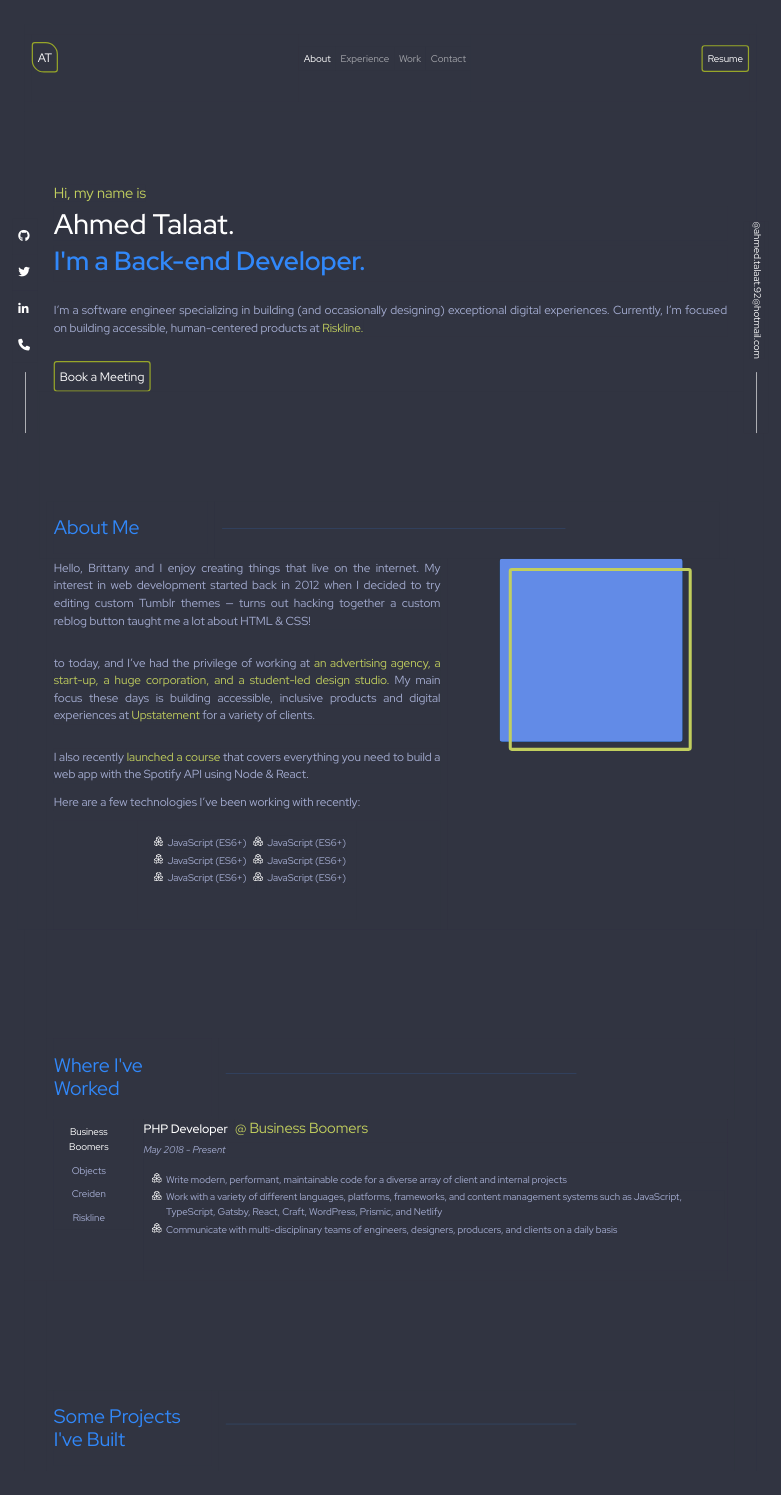
Repository: aya7abbal/Talaat-s-Portfolio
Page: index.html
The author's editor kept a copy of each file at every save. The page is drawn from the files as they stood at one save, then again after the next save.
The browser window is 1280 px wide. The pictures show the whole page, at 61% of full size.
Pictures or frames that could not be fetched are drawn as grey boxes. Some web libraries are served in a nearby version. The style sheet was rebuilt from its Sass, Less or Tailwind sources for each picture, by a compiler version that may differ from the author's.

Above is the page before, as saved 2022-02-07 14:29:32.

### index.html
<!DOCTYPE html>
<html lang="en">
  <head>
    <!-- Required meta tags -->
    <meta charset="utf-8" />
    <meta name="viewport" content="width=device-width, initial-scale=1" />

    <!-- Bootstrap CSS -->
    <link
      href="https://cdn.jsdelivr.net/npm/bootstrap@5.0.2/dist/css/bootstrap.min.css"
      rel="stylesheet"
      integrity="sha384-EVSTQN3/azprG1Anm3QDgpJLIm9Nao0Yz1ztcQTwFspd3yD65VohhpuuCOmLASjC"
      crossorigin="anonymous"
    />

    <!-- Favicon -->
    <link
      rel="shortcut icon"
      type="image/x-icon"
      href="./images/favicon/favicon.ico"
    />

    <!-- Font Awesome -->
    <script
      src="https://kit.fontawesome.com/fd7fa2f891.js"
      crossorigin="anonymous"
    ></script>

    <!-- Bootstrap Icons -->
    <link
      rel="stylesheet"
      href="https://cdn.jsdelivr.net/npm/bootstrap-icons@1.8.0/font/bootstrap-icons.css"
    />

    <!-- Main Stylesheet -->
    <link rel="stylesheet" href="./styles/styles.css" />

    <title>Ahmed's Portfolio</title>
  </head>
  <body>
    <!-- Navbar -->
    <nav class="navbar navbar-expand-md navbar-dark py-3">
      <div class="container-fluid d-flex justify-content-between">
        <div class="navbar-logo">
          <a class="navbar-brand navbar-border navbar-content__hidden" href="#"
            >AT</a
          >
        </div>

        <!-- Offcanvas  Hidden MENU -->
        <div class="offcanvas-menu">
          <button
            class="btn navbar-content__hidden rotating-icon"
            type="button"
            data-bs-toggle="offcanvas"
            data-bs-target="#offcanvasRight"
            aria-controls="offcanvasRight"
          >
            <i class="bi bi-x-diamond fs-2 text-white"></i>
          </button>
          <div
            class="offcanvas offcanvas-end"
            tabindex="-1"
            id="offcanvasRight"
            aria-labelledby="offcanvasRightLabel"
          >
            <div class="offcanvas-header">
              <h5 id="offcanvasRightLabel"></h5>
              <button
                type="button"
                class="btn text-reset"
                data-bs-dismiss="offcanvas"
                aria-label="Close"
              >
                <i class="bi bi-x-diamond fs-2 text-white rotated-icon"></i>
              </button>
            </div>
            <div class="offcanvas-body">
              <ul class="navbar-nav text-center">
                <li class="nav-item">
                  <a class="nav-link active" aria-current="page" href="#"
                    >About</a
                  >
                </li>
                <li class="nav-item">
                  <a class="nav-link" href="#">Experience</a>
                </li>
                <li class="nav-item">
                  <a class="nav-link" href="#">Work</a>
                </li>
                <li class="nav-item">
                  <a class="nav-link" href="#">Contact</a>
                </li>
                <li>
                  <a
                    class="btn btn-green my-4"
                    href="./Ahmed Talaat.pdf"
                    download
                  >
                    Resume</a
                  >
                </li>
              </ul>
            </div>
          </div>
        </div>

        <!-- NAVBAR Collapsable -->
        <div
          class="collapse navbar-collapse justify-content-between align-items-baseline"
          id="navbarNav"
        >
          <a class="navbar-brand navbar-border" href="#">AT</a>

          <ul class="navbar-nav">
            <li class="nav-item">
              <a class="nav-link active" aria-current="page" href="#">About</a>
            </li>
            <li class="nav-item">
              <a class="nav-link" href="#">Experience</a>
            </li>
            <li class="nav-item">
              <a class="nav-link" href="#">Work</a>
            </li>
            <li class="nav-item">
              <a class="nav-link" href="#">Contact</a>
            </li>
          </ul>

          <a
            class="btn btn-green"
            href="./Ahmed Talaat.pdf"
            download
          >Resume</a >
        </div>
      </div>
    </nav>
    <div class="body-wrapper">
      <!-- Introduction -->
      <div class="intro px-5">
        <h6>Hi, my name is</h6>

        <br />

        <h2>Ahmed Talaat.</h2>
        <h3 class="pb-2">I'm a Back-end Developer.</h3>

        <br />

        <p>
          I’m a software engineer specializing in building (and occasionally
          designing) exceptional digital experiences. Currently, I’m focused on
          building accessible, human-centered products at
          <a href="#">Riskline.</a>
        </p>

        <br />

        <a class=" btn btn-green btn-lg" href="https://calendly.com/atalaat-92/short-discussion?month=2022-02"> Book a Meeting</a>
      </div>

      <!-- About -->

      <div class="about px-5 row">
        <div class="section-header row">
          <div class="col-md-4 col-lg-3 col-5">
            <h4 class="py-4">About Me</h4>
          </div>
          <div class="col-md-8 col-lg-9 col-7">
            <hr />
          </div>
        </div>

        <!-- About Paragraph -->
        <div class="col-12 col-lg-7">
          <p>
            Hello, Brittany and I enjoy creating things that live on the
            internet. My interest in web development started back in 2012 when I
            decided to try editing custom Tumblr themes — turns out hacking
            together a custom reblog button taught me a lot about HTML & CSS!
          </p>
          <br />

          <p>
            to today, and I’ve had the privilege of working at
            <a href=""
              >an advertising agency, a start-up, a huge corporation, and a
              student-led design studio.</a
            >
            My main focus these days is building accessible, inclusive products
            and digital experiences at <a href="">Upstatement</a> for a variety
            of clients.
          </p>

          <br />
          <p>
            I also recently <a href="">launched a course</a> that covers
            everything you need to build a web app with the Spotify API using
            Node & React.
          </p>

          <p>Here are a few technologies I’ve been working with recently:</p>

          <div class="iconed-list d-flex justify-content-center">
            <ul class="row">
              <div class="col-6">
                <li>JavaScript (ES6+)</li>
                <li>JavaScript (ES6+)</li>
                <li>JavaScript (ES6+)</li>
              </div>

              <div class="col-6">
                <li>JavaScript (ES6+)</li>
                <li>JavaScript (ES6+)</li>
                <li>JavaScript (ES6+)</li>
              </div>
            </ul>
          </div>
        </div>

        <div class="col-12 col-lg-5 d-flex justify-content-center pb-5">
          <!-- About Image -->
          <div class="about-img">
           <div> <img
            src="https://brittanychiang.com/static/30a645f7db6038f83287d0c6042d3b2b/f9526/me.avif"
            alt=""
            width="300px"
            height="300px"
          /></div>
            <div class="about-img__border"></div>
          </div>
        </div>
      </div>

      <!-- Work -->

      <div class="work px-5">
        <div class="section-header row">
          <div class="col-md-4 col-lg-3 col-7">
            <h4 class="py-4">Where I've Worked</h4>
          </div>
          <div class="col-md-8 col-lg-9 col-5">
            <hr />
          </div>
        </div>
        <div>
          <!-- Nav tabs -->
          <div class="d-flex flex-md-row flex-column align-items-start">
            <div
              class="nav flex-md-column nav-pills me-3 mb-4 pe-md-3 nav-tabs"
              id="v-pills-tab"
              role="tablist"
              aria-orientation="vertical"
            >
              <button
                class="nav-link active"
                id="v-pills-home-tab"
                data-bs-toggle="pill"
                data-bs-target="#v-pills-home"
                type="button"
                role="tab"
                aria-controls="v-pills-home"
                aria-selected="true"
              >
                Business Boomers
              </button>
              <button
                class="nav-link"
                id="v-pills-profile-tab"
                data-bs-toggle="pill"
                data-bs-target="#v-pills-profile"
                type="button"
                role="tab"
                aria-controls="v-pills-profile"
                aria-selected="false"
              >
                Objects
              </button>
              <button
                class="nav-link"
                id="v-pills-messages-tab"
                data-bs-toggle="pill"
                data-bs-target="#v-pills-messages"
                type="button"
                role="tab"
                aria-controls="v-pills-messages"
                aria-selected="false"
              >
                Creiden
              </button>
              <button
                class="nav-link"
                id="v-pills-settings-tab"
                data-bs-toggle="pill"
                data-bs-target="#v-pills-settings"
                type="button"
                role="tab"
                aria-controls="v-pills-settings"
                aria-selected="false"
              >
                Riskline
              </button>
            </div>
            <div class="tab-content" id="v-pills-tabContent">
              <div
                class="tab-pane fade show active"
                id="v-pills-home"
                role="tabpanel"
                aria-labelledby="v-pills-home-tab"
              >
                <div class="work-title">
                  <h5 class="pe-2">PHP Developer</h5>
                  <h6>@ Business Boomers</h6>
                </div>
                <div class="work-date">
                  <i>May 2018 - Present </i>

                  <ul class="iconed-list">
                    <li>
                      Write modern, performant, maintainable code for a diverse
                      array of client and internal projects
                    </li>
                    <li>
                      Work with a variety of different languages, platforms,
                      frameworks, and content management systems such as
                      JavaScript, TypeScript, Gatsby, React, Craft, WordPress,
                      Prismic, and Netlify
                    </li>
                    <li>
                      Communicate with multi-disciplinary teams of engineers,
                      designers, producers, and clients on a daily basis
                    </li>
                  </ul>
                </div>
              </div>

              <div
                class="tab-pane fade"
                id="v-pills-profile"
                role="tabpanel"
                aria-labelledby="v-pills-profile-tab"
              >
                <div class="work-title">
                  <h5 class="pe-2">Back-end Developer</h5>
                  <h6>@ Objects</h6>
                </div>
                <div class="work-date">
                  <i>May 2018 - Present </i>

                  <ul class="iconed-list">
                    <li>
                      Write modern, performant, maintainable code for a diverse
                      array of client and internal projects
                    </li>
                    <li>
                      Work with a variety of different languages, platforms,
                      frameworks, and content management systems such as
                      JavaScript, TypeScript, Gatsby, React, Craft, WordPress,
                      Prismic, and Netlify
                    </li>
                    <li>
                      Communicate with multi-disciplinary teams of engineers,
                      designers, producers, and clients on a daily basis
                    </li>
                  </ul>
                </div>
              </div>

              <div
                class="tab-pane fade"
                id="v-pills-messages"
                role="tabpanel"
                aria-labelledby="v-pills-messages-tab"
              >
                <div class="work-title">
                  <h5 class="pe-2">Back-end Developer</h5>
                  <h6>@ Creiden</h6>
                </div>
                <div class="work-date">
                  <i>May 2018 - Present </i>

                  <ul class="iconed-list">
                    <li>
                      Write modern, performant, maintainable code for a diverse
                      array of client and internal projects
                    </li>
                    <li>
                      Work with a variety of different languages, platforms,
                      frameworks, and content management systems such as
                      JavaScript, TypeScript, Gatsby, React, Craft, WordPress,
                      Prismic, and Netlify
                    </li>
                    <li>
                      Communicate with multi-disciplinary teams of engineers,
                      designers, producers, and clients on a daily basis
                    </li>
                  </ul>
                </div>
              </div>

              <div
                class="tab-pane fade"
                id="v-pills-settings"
                role="tabpanel"
                aria-labelledby="v-pills-settings-tab"
              >
                <div class="work-title">
                  <h5 class="pe-2">Project Manager</h5>
                  <h6>@ Riskline</h6>
                </div>
                <div class="work-date">
                  <i>May 2018 - Present </i>

                  <ul class="iconed-list">
                    <li>
                      Write modern, performant, maintainable code for a diverse
                      array of client and internal projects
                    </li>
                    <li>
                      Work with a variety of different languages, platforms,
                      frameworks, and content management systems such as
                      JavaScript, TypeScript, Gatsby, React, Craft, WordPress,
                      Prismic, and Netlify
                    </li>
                    <li>
                      Communicate with multi-disciplinary teams of engineers,
                      designers, producers, and clients on a daily basis
                    </li>
                  </ul>
                </div>
              </div>
            </div>
          </div>
        </div>
      </div>

      <div class="projects px-5">
        <div class="section-header row">
          <div class="col-md-4 col-lg-3 col-7">
            <h4 class="py-4">Some Projects I've Built</h4>
          </div>
          <div class="col-md-8 col-lg-9 col-5">
            <hr />
          </div>
        </div>
      </div>
    </div>

    <footer>
      <div class="footer-left">
        <div class="footer-left__link">
          <i class="fab fa-github"><a href="#"></a></i>
        </div>
        <div class="footer-left__link">
          <i class="fab fa-twitter"><a href=""></a></i>
        </div>
        <div class="footer-left__link">
          <i class="fab fa-linkedin-in"><a href=""></a></i>
        </div>
        <div class="footer-left__link">
          <i class="fas fa-phone"><a href=""></a></i>
        </div>
        <div class="footer-left__link line"></div>
      </div>



      <div class="footer-right">
        <div class="footer-right__link">
          <a href="">@ahmed.talaat.92@hotmail.com</a>

        <div class="footer-right__link line"></div>
      </div>
    </footer>

    <!-- Bootstrap Bundle with Popper -->
    <script
      src="https://cdn.jsdelivr.net/npm/bootstrap@5.0.2/dist/js/bootstrap.bundle.min.js"
      integrity="sha384-MrcW6ZMFYlzcLA8Nl+NtUVF0sA7MsXsP1UyJoMp4YLEuNSfAP+JcXn/tWtIaxVXM"
      crossorigin="anonymous"
    ></script>
    <script type="module" src="./scripts/script.js"></script>
  </body>
</html>

### scripts/script.js
// const rotatingIcon = document.querySelector(".rotating-icon")
// const rotatedIcon = document.querySelector(".rotated-icon")


// rotatingIcon.addEventListener('click',function(event) {
// console.log(event)
//     rotatingIcon.style.display="hidden"
// })

### styles/styles.scss

// Fonts
@import url('https://fonts.googleapis.com/css2?family=Dosis:wght@200;300;400;500;600&family=Red+Hat+Display:ital,wght@0,300;0,400;0,500;0,600;0,700;0,900;1,300;1,400;1,500;1,600&family=Satisfy&display=swap');
// Partials
@import "./components/navbar";
@import"./components/footer";
@import "./variables/colors";
@import "./components/buttons";
@import "./variables/fonts";
@import "./components/pages";
@import "./variables/images";




// font-family: 'Dosis', sans-serif;
// font-family: 'Red Hat Display', sans-serif;
// font-family: 'Satisfy', cursive;

*{
font-family: 'Red Hat Display', sans-serif;
background-color: var(--navy);

}

body{
    margin: 0%;
    overflow-x: hidden;
    background-color: var(--navy);

    @media (min-width:768px) {
        padding: 40px;
    }
}

### styles/components/_navbar.scss
.navbar-content__hidden{
    display: none;
    @media (max-width:768px) {
        display: inline-block;
    }
}

.navbar-brand{
    border: solid 2px var(--green);
    border-radius: 5px 20px;
    padding: 8px;

    &:hover{
        background-color: var(--green);
    }
}

### styles/components/_footer.scss
footer {

    @media (max-width:768px) {
display: none;
    }

  .footer-left {
    position: fixed;
    bottom: 10px;
    left: 20px;
    i {
      font-size: 1.2em;
      color: white;
      margin: 20px 10px;
      &:hover{
          color: greenyellow;
          transform: translateY(-3px);
      }
    }

    .line {
      border-right: 1px solid white;
      padding: 20px;
      height: 100px;
      background-color: transparent;
      transform: translatex(-19px);
      margin-top: 15px;
    }
  }


  .footer-right {
    position: fixed;
    bottom: 10px;
    right: 20px;
    i{
      font-size: 1.2em;
      color: white;
      margin: 15px 10px;
      &:hover{
          color: greenyellow;
          transform: translateY(-3px);
      }


    }

    a{
        writing-mode: vertical-rl;
        transform: translatex(10px);
        color: white;
        font-size: 1em;
        &:hover{
            color: greenyellow;
            text-decoration: none;
        }
    }

    .line {
      border-right: 1px solid white;
      padding: 20px;
      height: 100px;
      background-color: transparent;
      transform: translatex(-19px);
      margin-top: 15px;
    }
  }
}

### styles/variables/_colors.scss
:root{
    --navy:#313441;
    --lgreen:#c1ce5e;
    --grey:#A4A6BF;
    --bblue:hsl(220, 47%, 62%);
    --green:#97A629;
    --lgreeno:#c1ce5e11;
    --lgrey:#bbc1dd;
    --mdgrey:#a4acd1;
    --blue:#3188fa;

}

### styles/components/_buttons.scss
.btn-green {
  border: 2px solid var(--green);
  padding: 8px;
  color:white;
  border-radius: 5px;

  &:hover {
    color: rgb(197, 197, 197);
    background-color: var(--lgreeno);
  }
}

.btn-blue{
    border: 2px solid var(--blue);
    padding: 8px;
    color:white;
    border-radius: 5px;

    &:hover {
      color: rgb(197, 197, 197);
      background-color: var(--bblue);
    }
}

.rotating-icon, .rotated-icon {
  transform: rotate(45deg) !important;
  z-index: 100;

  &:hover {
    transform: rotate(90deg) !important;
    transition: 0.6s;


  }
  &:active &:focus {
    transform: rotate(90deg) !important;
  }
}

### styles/variables/_fonts.scss



h2 {
  color: white;
  font-size: 2.3em;

  @media (min-width: 768px) {
    font-size: 2.9em;
  }
}

h3 {
  color: var(--blue);
  font-weight: 600;
  font-size: 2.2em;

  @media (min-width: 768px) {
    font-size: 2.7em;
  }
}

h4 {
  color: var(--blue);
  font-weight: 400;
  font-size: 1.5em;
  background-color: var(--navy);

  @media (min-width: 768px) {
    font-size: 2em;
  }
}

h5{
  color: white;
  display: inline-block;
}

h6 {
  font-size: 1.2em;
  color: var(--lgreen);
  font-weight: 400;
  display: inline-block;

  @media (min-width: 768px) {
    font-size: 1.5em;
  }
}

a {
  color: var(--lgreen);
  text-decoration: none;

  &:hover {
    color: var(--green);

    text-decoration: underline;
  }
}

ul{

    padding-top:20px;
    padding-bottom: 50px;
}
.iconed-list li{
    list-style-image:url(../../svg/list.svg);
    color: var(--mdgrey);

    padding:10px 10px 0px 10px;
    margin: 5px;
    width: fit-content;
    padding: 0%;
}

p {
  font-size: 1.2em;
  color: var(--mdgrey);
  font-weight: 400;
  text-align: justify;

  @media (min-width: 768px) {
    font-size: 1.2em;
  }
}

i{
  color: var(--mdgrey);
}

.nav-tabs .nav-link{

  color: var(--mdgrey);
  background-color: transparent !important;
  // text-decoration: underline;
  text-decoration-color: var(--mdgrey);

  &:focus{
    background-color: transparent !important;
    color: var(--lgreen);
    border-bottom-color: var(--lgreen);

  }

  &:active{
    background-color: transparent !important;
    color: var(--lgreen);


  }



}

### styles/components/_pages.scss

// INTRODUCTION
.intro{
    padding-top: 120px;
}

// ABOUT


.section-header{
    padding-top:180px ;
    hr{
        position: relative;
        top:30%;
        color: var(--blue);
        width: 70%;
    }
}

#v-pills-tab{
    border: none;
}

### styles/variables/_images.scss
.about-img {
  height: fit-content;
  position: relative;
  display: flex;
  flex-direction: column;
  justify-content: center;


  img {
    filter: invert(25%) sepia(77%) saturate(2565%) hue-rotate(200deg)
      brightness(103%) contrast(96%) opacity(90%);
    border-radius: 5px;
  }
  &:hover {
    img {
      filter: none;
    }
    .about-img__border{
        transform: translate(0px, 0px);
        transition: .1s;


    }
  }

  .about-img__border {
    position: absolute;
    border: 5px solid var(--lgreen);
    border-radius: 5px;
    width: 300px;
    height: 300px;
    transform: translate(15px, 15px);
    background-color: transparent;
  }
}

After the next save:
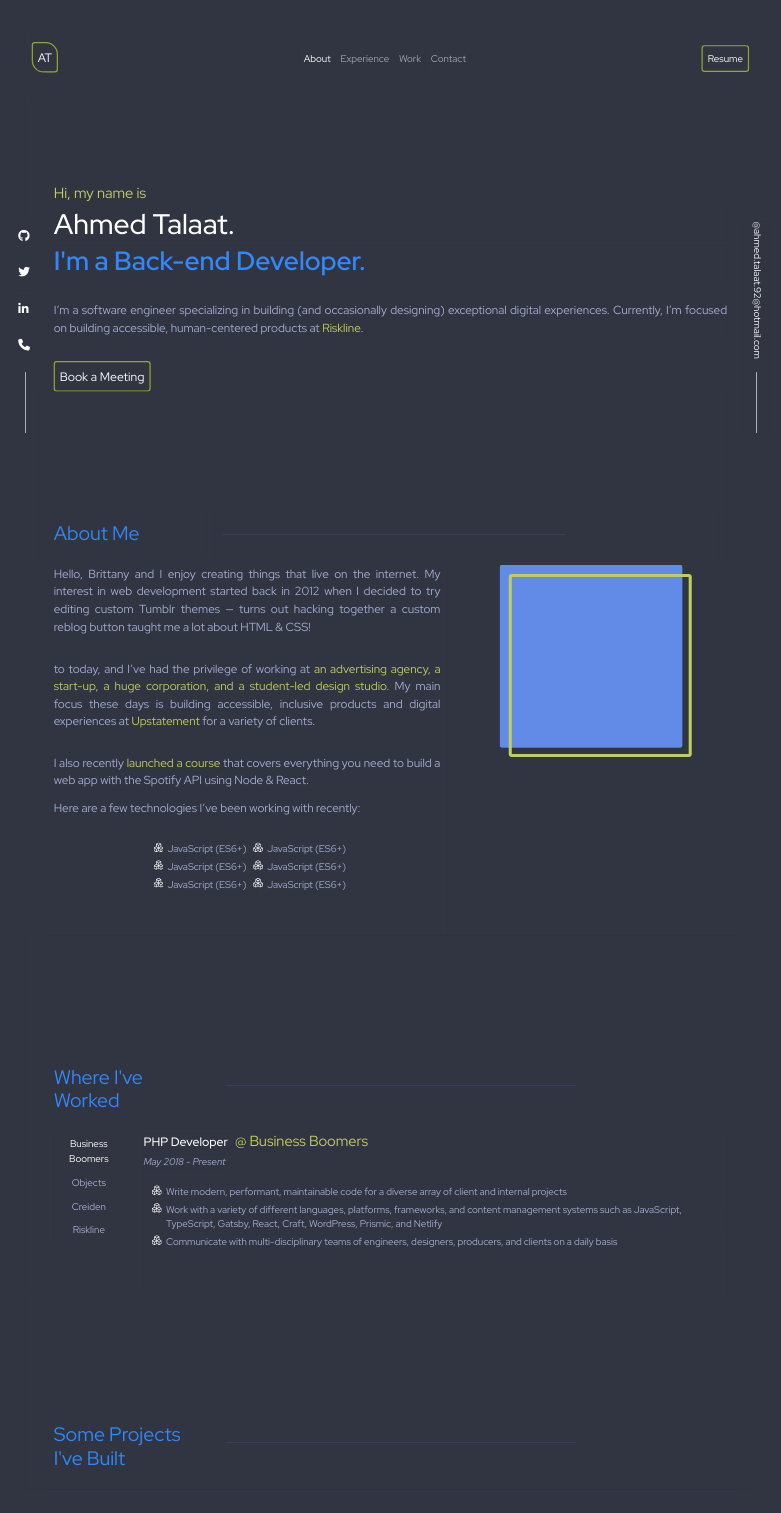
Saved 5 s later.
--- a/styles/components/_pages.scss
+++ b/styles/components/_pages.scss
@@ -8,7 +8,7 @@
 
 
 .section-header{
-    padding-top:180px ;
+    padding-top:190px ;
     hr{
         position: relative;
         top:30%;
